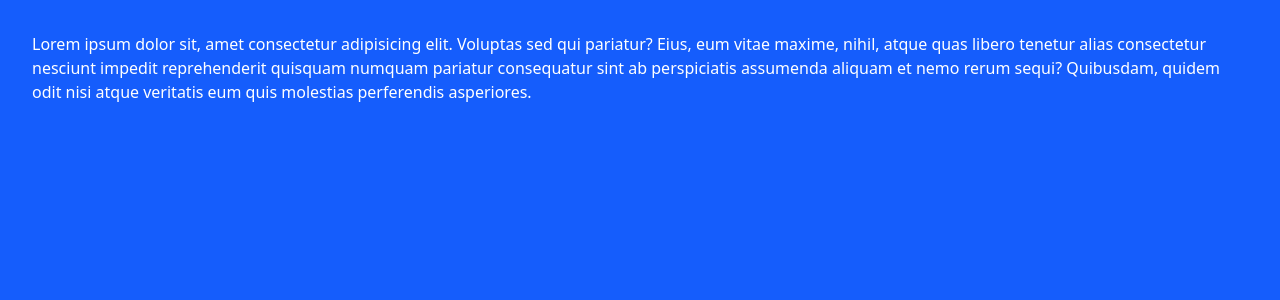
Repository: DinTri/TailwindCss
Page: index.html
The author's editor kept a copy of each file at every save. The page is drawn from the files as they stood at one save, then again after the next save.
The browser window is 1280 px wide. The pictures show the whole page.
Some web fonts or font styles are not loaded; a fallback is used.

Above is the page before, as saved 2025-06-07 01:21:39.

After the next save:
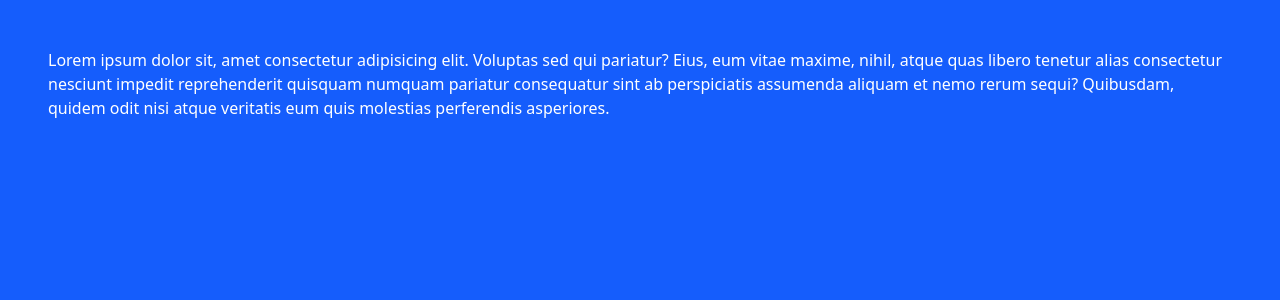
Saved 2 min 36 s later.
--- a/index.html
+++ b/index.html
@@ -7,6 +7,6 @@
     <link rel="stylesheet" href="style.css">
     </head>
   <body class="bg-blue-600">
-    <p class="text=2xl text-white m-4 p-4">Lorem ipsum dolor sit, amet consectetur adipisicing elit. Voluptas sed qui pariatur? Eius, eum vitae maxime, nihil, atque quas libero tenetur alias consectetur nesciunt impedit reprehenderit quisquam numquam pariatur consequatur sint ab perspiciatis assumenda aliquam et nemo rerum sequi? Quibusdam, quidem odit nisi atque veritatis eum quis molestias perferendis asperiores.</p>
+    <p class="text=2xl text-white m-4 p-4 lg:p-8">Lorem ipsum dolor sit, amet consectetur adipisicing elit. Voluptas sed qui pariatur? Eius, eum vitae maxime, nihil, atque quas libero tenetur alias consectetur nesciunt impedit reprehenderit quisquam numquam pariatur consequatur sint ab perspiciatis assumenda aliquam et nemo rerum sequi? Quibusdam, quidem odit nisi atque veritatis eum quis molestias perferendis asperiores.</p>
   </body>
 </html>
